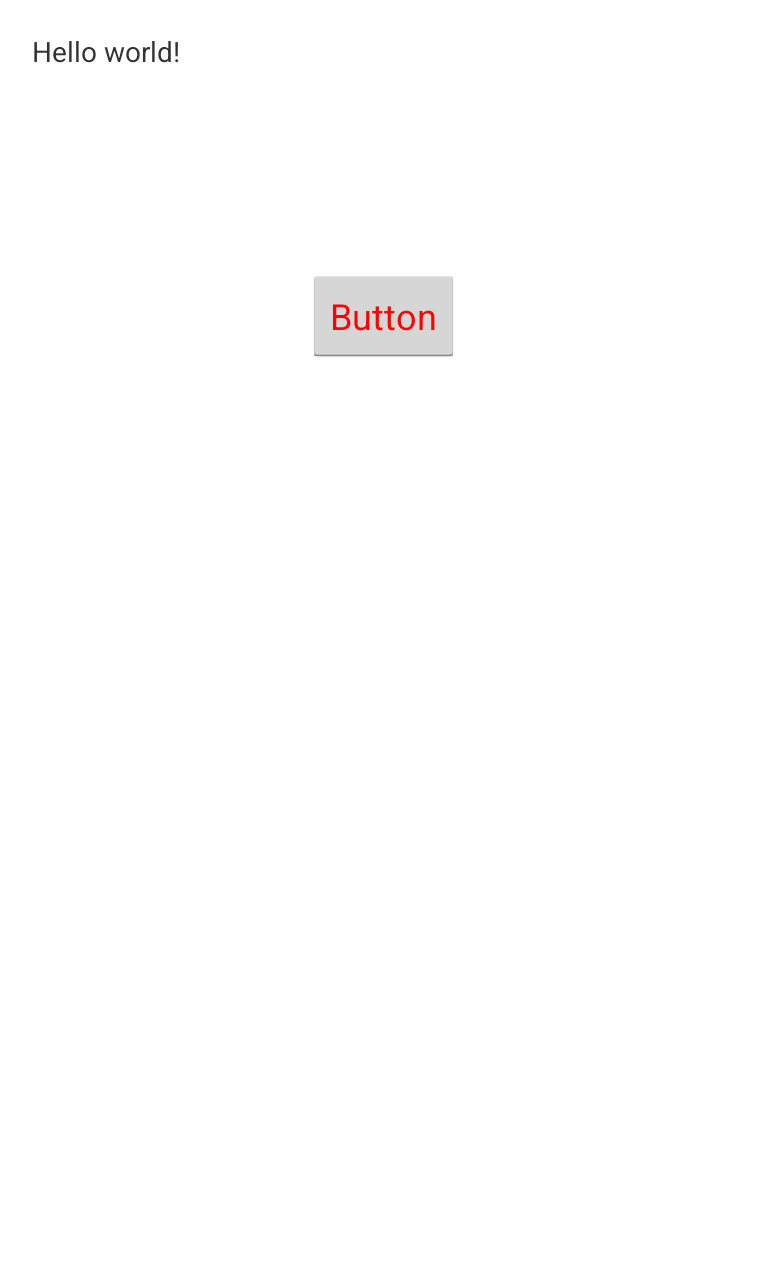
Repository: dm04806/Android-Development
Layout: FancyButton/res/layout/activity_main.xml
These files come from the project's save history. The layout is drawn as it stood at one moment and after the next save; the edit follows.
It is drawn on a 768 x 1280 px phone screen (xhdpi) without system bars, with theme AppTheme; the app's code is not run.

Above is the layout before, as saved 2013-04-30 16:40:42.

### FancyButton/res/layout/activity_main.xml
<RelativeLayout xmlns:android="http://schemas.android.com/apk/res/android"
    xmlns:tools="http://schemas.android.com/tools"
    android:layout_width="match_parent"
    android:layout_height="match_parent"
    android:paddingBottom="@dimen/activity_vertical_margin"
    android:paddingLeft="@dimen/activity_horizontal_margin"
    android:paddingRight="@dimen/activity_horizontal_margin"
    android:paddingTop="@dimen/activity_vertical_margin"
    tools:context=".MainActivity" >

    <TextView
        android:id="@+id/textView1"
        android:layout_width="wrap_content"
        android:layout_height="wrap_content"
        android:text="@string/hello_world" />

    <Button
        android:id="@+id/button1"
        android:layout_width="wrap_content"
        android:layout_height="wrap_content"
        android:layout_below="@+id/textView1"
        android:layout_centerHorizontal="true"
        android:layout_marginTop="99dp"
        android:textColor="#ff0000"
        android:text="Button" />

</RelativeLayout>

### FancyButton/res/values/strings.xml
<?xml version="1.0" encoding="utf-8"?>
<resources>

    <string name="app_name">FancyButton</string>
    <string name="action_settings">Settings</string>
    <string name="hello_world">Hello world!</string>

</resources>

### FancyButton/res/values/mycolors.xml
<?xml version="1.0" encoding="utf-8"?>
<resources>
    <color name="red">#ff0000</color>
    <color name="lime">#00FF55</color>
</resources>

Loaded but not shown: FancyButton/res/values/styles.xml (common file); FancyButton/res/values-v11/styles.xml (common file); FancyButton/res/values-v14/styles.xml (common file); FancyButton/res/values/dimens.xml (common file)

After the next save:
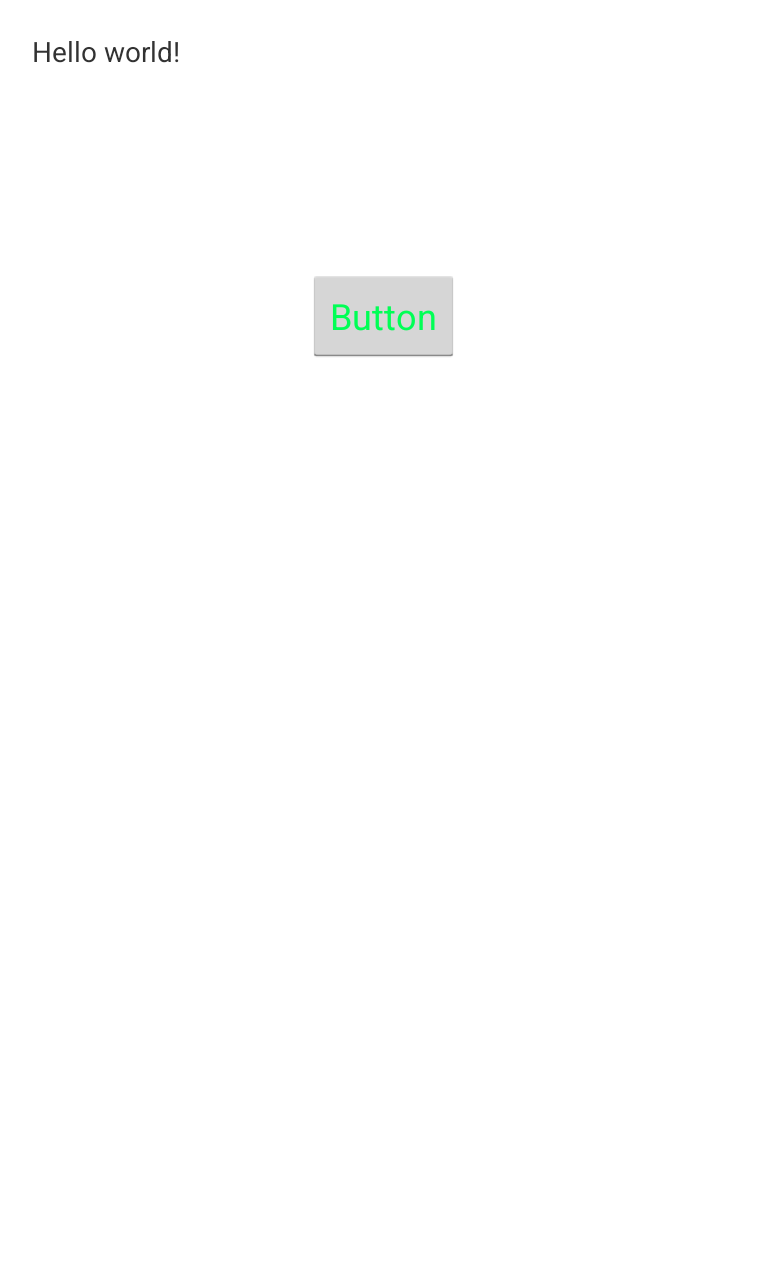
Saved 42 s later.
--- a/FancyButton/res/layout/activity_main.xml
+++ b/FancyButton/res/layout/activity_main.xml
@@ -21,7 +21,7 @@
         android:layout_below="@+id/textView1"
         android:layout_centerHorizontal="true"
         android:layout_marginTop="99dp"
-        android:textColor="#ff0000"
-        android:text="Button" />
+        android:text="Button"
+        android:textColor="@color/lime" />
 
 </RelativeLayout>
